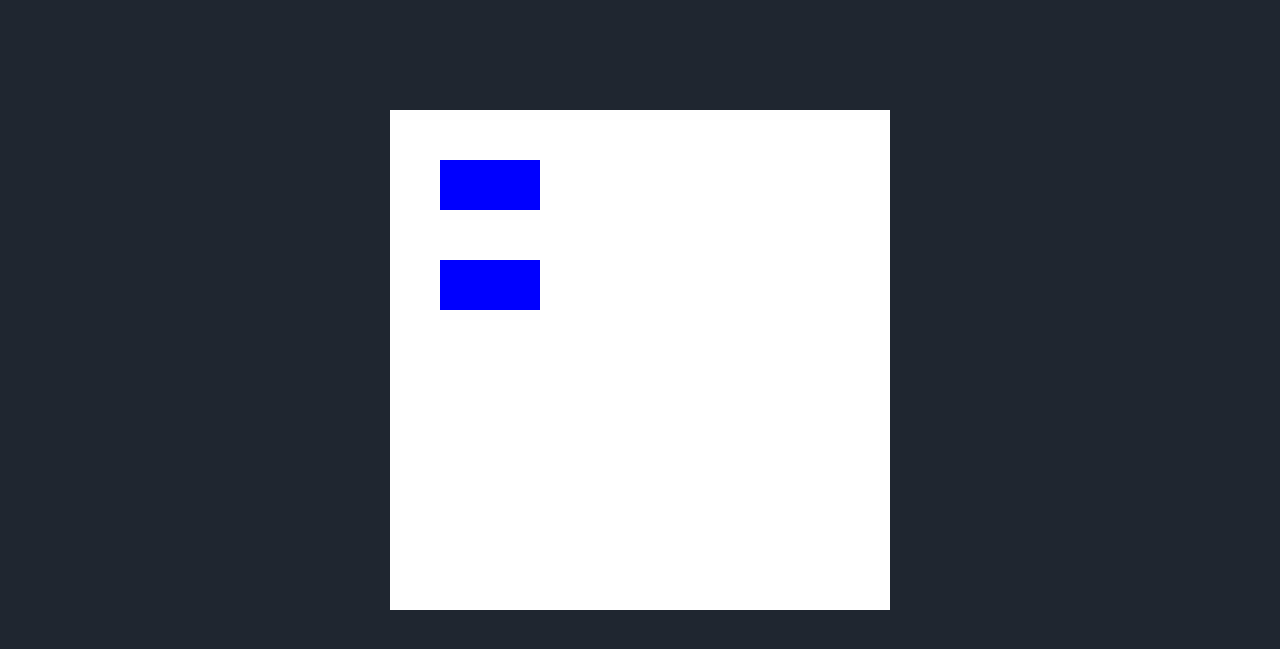
Repository: thecodeholic/cst-javascript-course
Page: /
These files come from the project's save history. The page is drawn as it stood at one moment and after the next save; the edit follows.
The browser window is 1280 px wide. The pictures show the whole page.
The project was rebuilt for these pictures with package versions that can differ from the ones it lists, and the page was loaded fresh each time.

Above is the page before, as saved 2020-11-25 09:36:26.

### index.html
<!doctype html>
<html lang="en">
  <head>
    <!-- Required meta tags -->
    <meta charset="utf-8">
    <meta name="viewport" content="width=device-width, initial-scale=1, shrink-to-fit=no">

    <!-- Bootstrap CSS -->
    <link rel="stylesheet" href="https://stackpath.bootstrapcdn.com/bootstrap/4.5.2/css/bootstrap.min.css" integrity="sha384-JcKb8q3iqJ61gNV9KGb8thSsNjpSL0n8PARn9HuZOnIxN0hoP+VmmDGMN5t9UJ0Z" crossorigin="anonymous">

    <title>Javascript Course</title>

    <link rel="stylesheet" href="app.css">
  </head>
  <body>
    <canvas id="myCanvas" width="500" height="500">Your browser does not support canvas</canvas>
    <script src="app.js"></script>
    <!-- <script src="homework.js"></script> -->
  </body>
</html>

### app.css
* {
    box-sizing: border-box;
}
html {
    height: 100%;
}

body {
    background-color: rgb(31, 38, 48);
    display: flex;
    align-items: center;
    justify-content: center;
    height: 100%;;
}

canvas {
    background-color: #FFF;

}

### app.js
// What is canvas?
// https://developer.mozilla.org/en-US/docs/Web/API/Canvas_API/Tutorial
// https://www.w3schools.com/html/html5_canvas.asp
// https://www.w3schools.com/graphics/canvas_intro.asp
// https://www.w3schools.com/graphics/canvas_reference.asp
// https://developer.mozilla.org/en-US/docs/Web/API/Canvas_API

// How to create it and use it
const canvas = document.getElementById('myCanvas');
const ctx = canvas.getContext('2d');

// Draw rectangles
// =================
// fillRect
ctx.fillStyle = 'blue';
ctx.fillRect(50, 50, 100, 50);
ctx.fillRect(50, 150, 100, 50)

// strokeRect

// clearRect

// fillText

// strokeText

// Paths   beginPath, moveTo, lineTo, closePath, stroke, fill
// ==============

// Arcs
// ====================

// Draw image
// ====================

// Write text
// ====================

// Ball animation

Loaded but not shown: src/index.js (no copy from this time; the picture is the same without it)

After the next save:
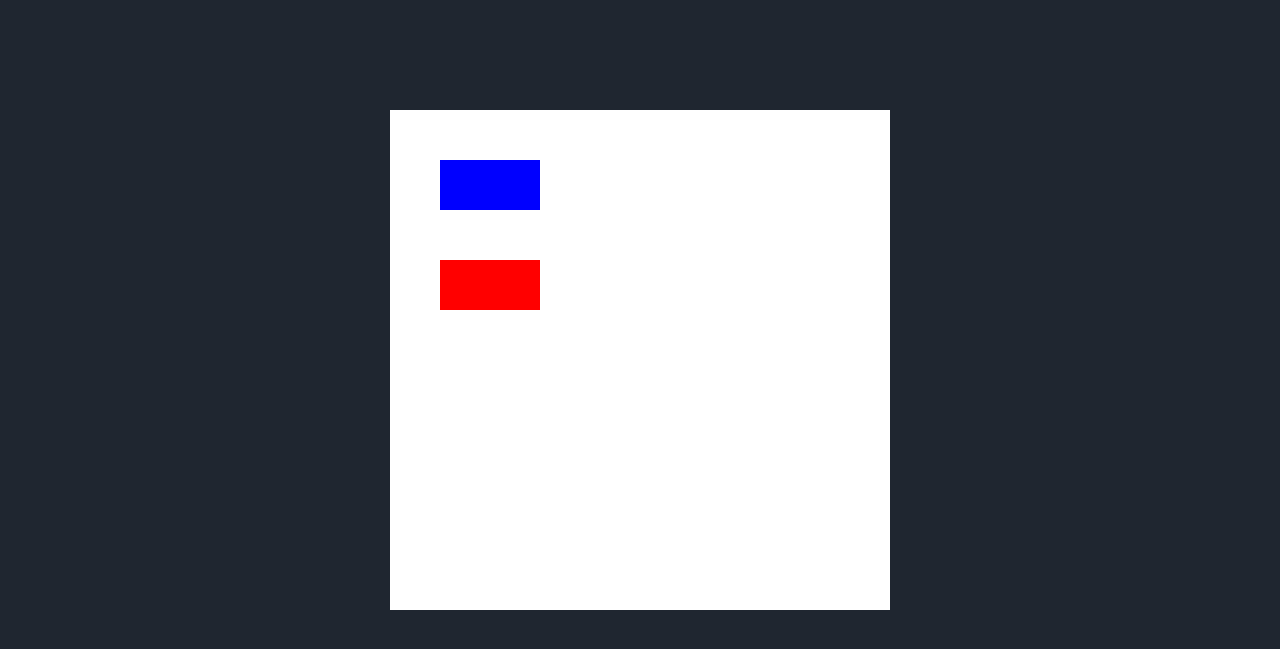
Saved 12 s later.
--- a/app.js
+++ b/app.js
@@ -14,6 +14,7 @@ const ctx = canvas.getContext('2d');
 // fillRect
 ctx.fillStyle = 'blue';
 ctx.fillRect(50, 50, 100, 50);
+ctx.fillStyle = 'red';
 ctx.fillRect(50, 150, 100, 50)
 
 // strokeRect
